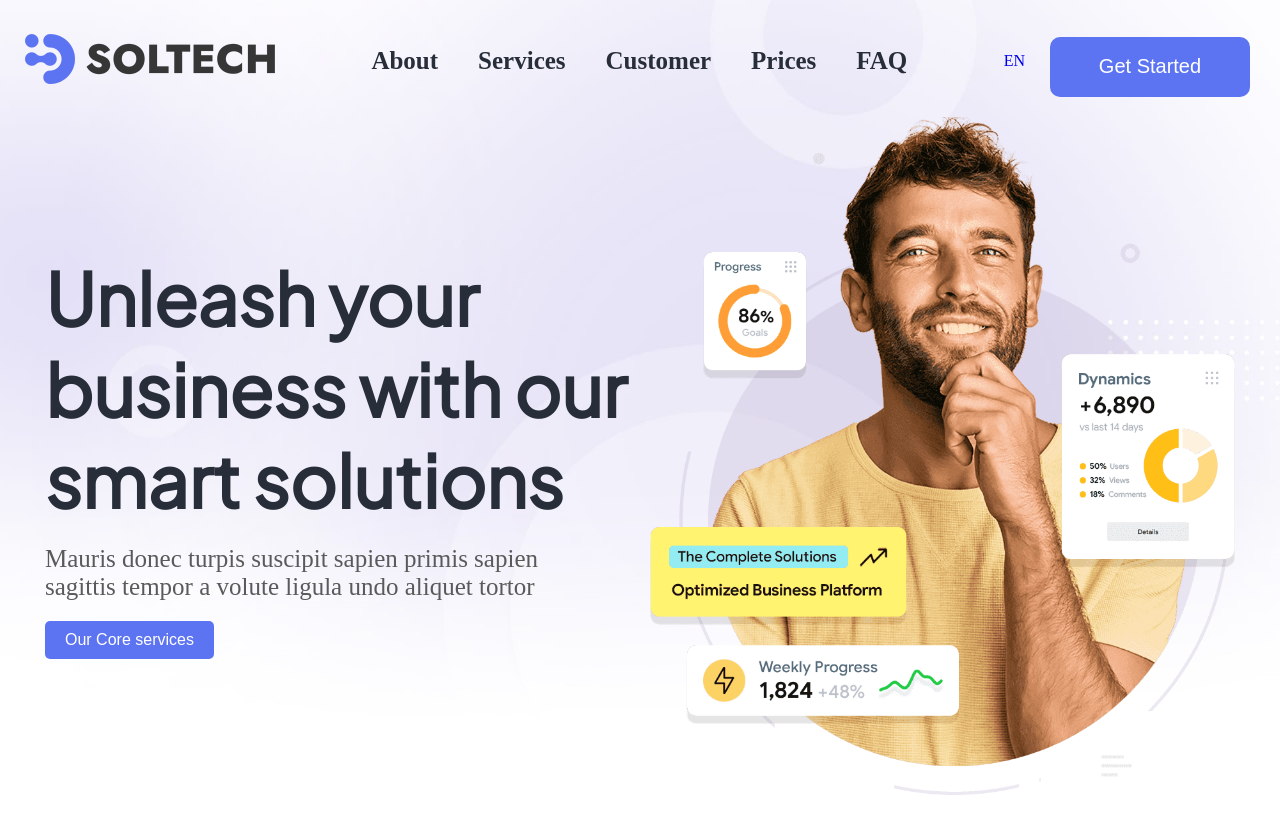
Repository: md-rabbi-hossain/Soltech-html
Page: index.html
The author's editor kept a copy of each file at every save. The page is drawn from the files as they stood at one save, then again after the next save.
The browser window is 1280 px wide. The pictures show the whole page.

Above is the page before, as saved 2025-01-08 13:28:13.

### index.html
<!DOCTYPE html>
<html lang="en">
  <head>
    <meta charset="UTF-8" />
    <meta name="viewport" content="width=device-width, initial-scale=1.0" />
    <link rel="stylesheet" href="Css/style.css" />
    <title>Soltech</title>
  </head>
  <body>
    <header class="main-container">
      <div class="container">
        <nav>
          <div class="logo">
            <img src="image/logo-1.png" alt="Logo" />
          </div>
          <ul class="menu">
            <li class="dropdown">
              <a href="#">About</a>
              <ul class="dropdown-menu">
                <li><a href="#">Our Team</a></li>
                <li><a href="#">Our Mission</a></li>
                <li><a href="#">History</a></li>
              </ul>
            </li>
            <li><a href="#">Services</a></li>
            <li><a href="#">Customer</a></li>
            <li><a href="#">Prices</a></li>
            <li><a href="#">FAQ</a></li>
          </ul>
          <div class="actions">
            <div class="dropdown">
              <li><a href="#">EN</a></li>
              <ul class="dropdown-menu">
                <li><a href="#">English</a></li>
                <li><a href="#">Spanish</a></li>
              </ul>
            </div>
            <button class="get-started">Get Started</button>
          </div>
        </nav>
        <!-- Navbar end here  -->
        <!-- hero start here  -->
        <div class="hero-parents">
          <div class="left-side">
            <div class="content">
              <h1>Unleash your business with our smart solutions</h1>
              <p>
                Mauris donec turpis suscipit sapien primis sapien sagittis
                tempor a volute ligula undo aliquet tortor
              </p>
              <div>
                <button>Our Core services</button>
              </div>
            </div>
          </div>
          <div class="right">
            <img src="/image/hero-right.png" alt="" />
          </div>
        </div>
      </div>
    </header>
    <script src="/Js/Script.js"></script>
  </body>
</html>

### Css/style.css
* {
  margin: 0;
  padding: 0;
  box-sizing: border-box;
}
html {
  scroll-behavior: smooth;
}
@font-face {
  font-family: Inter;
  src: url("/Font/Inter_24pt-Regular.ttf") format("woff2");
  src: url("/Font/Inter_24pt-Regular.ttf") format("woff");
  src: url("/Font/Inter_24pt-Regular.ttf") format("truetype");
  font-weight: normal;
  font-style: normal;
}
@font-face {
  font-family: Jakarta;
  src: url("/Font/PlusJakartaSans-Regular.ttf") format("woff2");
  src: url("/Font/PlusJakartaSans-Regular.ttf") format("woff");
  src: url("/Font/PlusJakartaSans-Regular.ttf") format("truetype");
  font-weight: normal;
  font-style: normal;
}
.main-container {
  max-width: 100%;
  height: 100vh;
  background-image: url("/image/hero-1.jpg");
  background-size: cover;
  background-repeat: no-repeat;
}
.container {
  max-width: 1400px;
  display: block;
  margin: 0 auto;
  padding: 25px;
}

li {
  list-style: none;
}
li a {
  text-decoration: none;
}
/* General Styles */

nav {
  display: flex;
  justify-content: space-between;
  align-items: center;
}

.logo img {
  max-height: 50px;
}

.menu {
  display: flex;
  list-style: none;
  gap: 20px;
}

.menu li {
  position: relative;
}

.menu a {
  text-decoration: none;
  font-size: 25px;
  color: #282d3a;
  font-weight: bold;
  padding: 5px 10px;
}

/* Dropdown Styles */
.dropdown:hover .dropdown-menu {
  display: block;
}

.dropdown-menu {
  display: none;
  position: absolute;
  background: #fff;
  box-shadow: 0 4px 6px rgba(0, 0, 0, 0.1);
  border-radius: 5px;
  margin-top: 10px;
  list-style: none;
  padding: 10px 0;
}

.dropdown-menu li {
  padding: 5px 20px;
}

.dropdown-menu li a {
  color: #282d3a;
}

.dropdown-menu li:hover {
  background: #f1f1f1;
}

/* Actions Section */
.actions {
  display: flex;
  align-items: center;
  gap: 20px;
}

.get-started {
  background: #5d74f2;
  color: #fff;
  font-size: 20px;
  line-height: 28px;
  padding: 6px 22px 8px;
  margin: 12px 5px 0;
  border: none;
  border-radius: 10px;
  width: 200px;
  height: 60px;
  cursor: pointer;
  transition: 0.5s;
}

.get-started:hover {
  background: #f2f0fb;
  border: 1px solid black;
  color: #585f6e;
}

/* General Hero Section Styles */
.hero-parents {
  display: flex;
  justify-content: space-between; /* Ensure space between the two sections */
  align-items: center; /* Vertically align items */
  gap: 20px; /* Optional: Adjust spacing between sections */
  padding: 20px; /* Add some padding for spacing */
}

/* Left Side */
.left-side {
  flex: 1; /* Make the left side take up equal space as the right */
}

.left-side h1 {
  font-size: 4.5rem;
  color: #282d3a;
  margin-bottom: 20px;
  font-family: Jakarta;
}

.left-side p {
  font-size: 25px;
  width: 500px;
  color: #5a5a5a; /* Subtle color for the paragraph text */
  margin-bottom: 20px;
}

.left-side button {
  background: #5d74f2;
  color: white;
  font-size: 1rem;
  padding: 10px 20px;
  border: none;
  border-radius: 5px;
  cursor: pointer;
}

.left-side button:hover {
  background: #4b62d8;
}

/* Right Side */
.right {
  flex: 1; /* Make the right side take up equal space as the left */
  display: flex;
  justify-content: center; /* Center the image horizontally */
  align-items: center; /* Center the image vertically */
}

.right img {
  max-width: 100%; /* Ensure the image doesn't exceed its container */
  height: auto; /* Maintain the aspect ratio */
  object-fit: contain;
}

Loaded but not shown: Js/Script.js (no stored copy; drawn as an empty file)

After the next save:
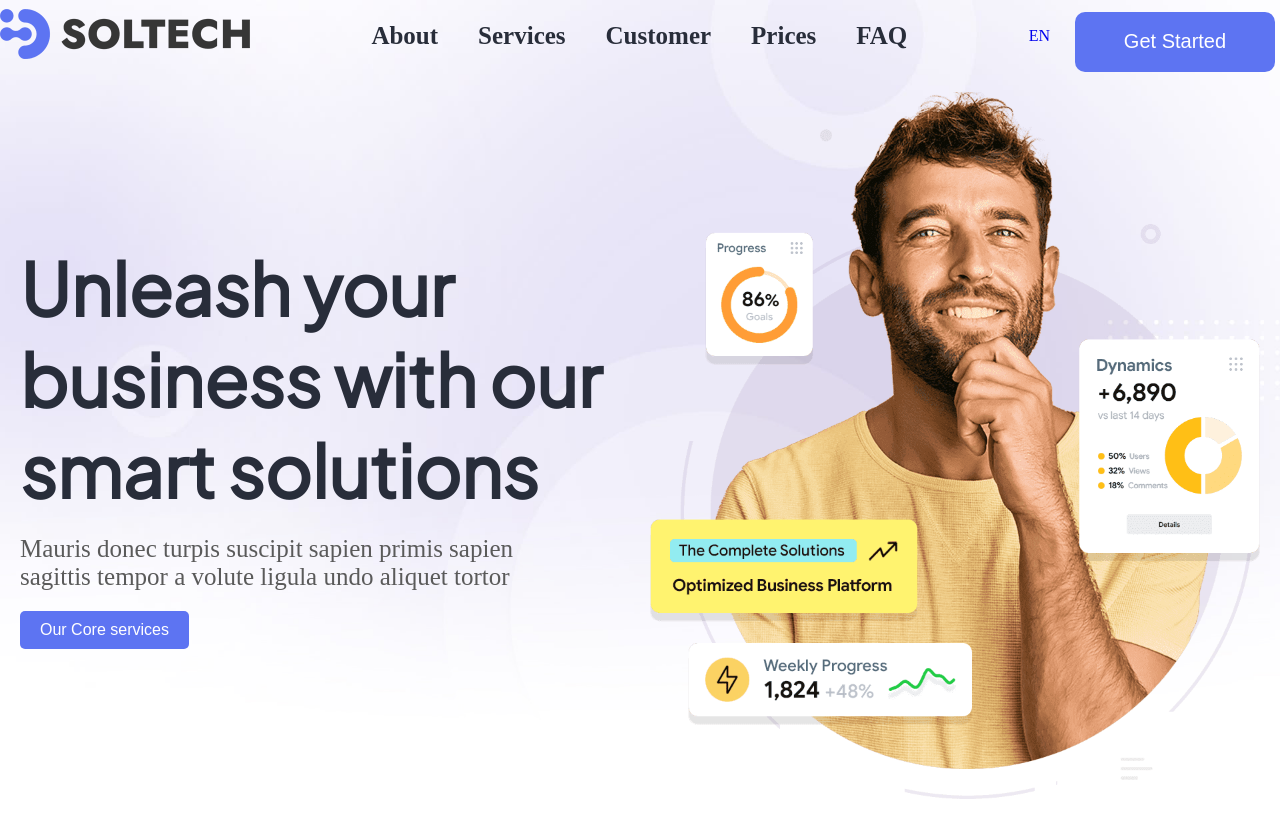
Saved 67 min 28 s later.
--- a/index.html
+++ b/index.html
@@ -8,7 +8,7 @@
   </head>
   <body>
     <header class="main-container">
-      <div class="container">
+      <div class="">
         <nav>
           <div class="logo">
             <img src="image/logo-1.png" alt="Logo" />
